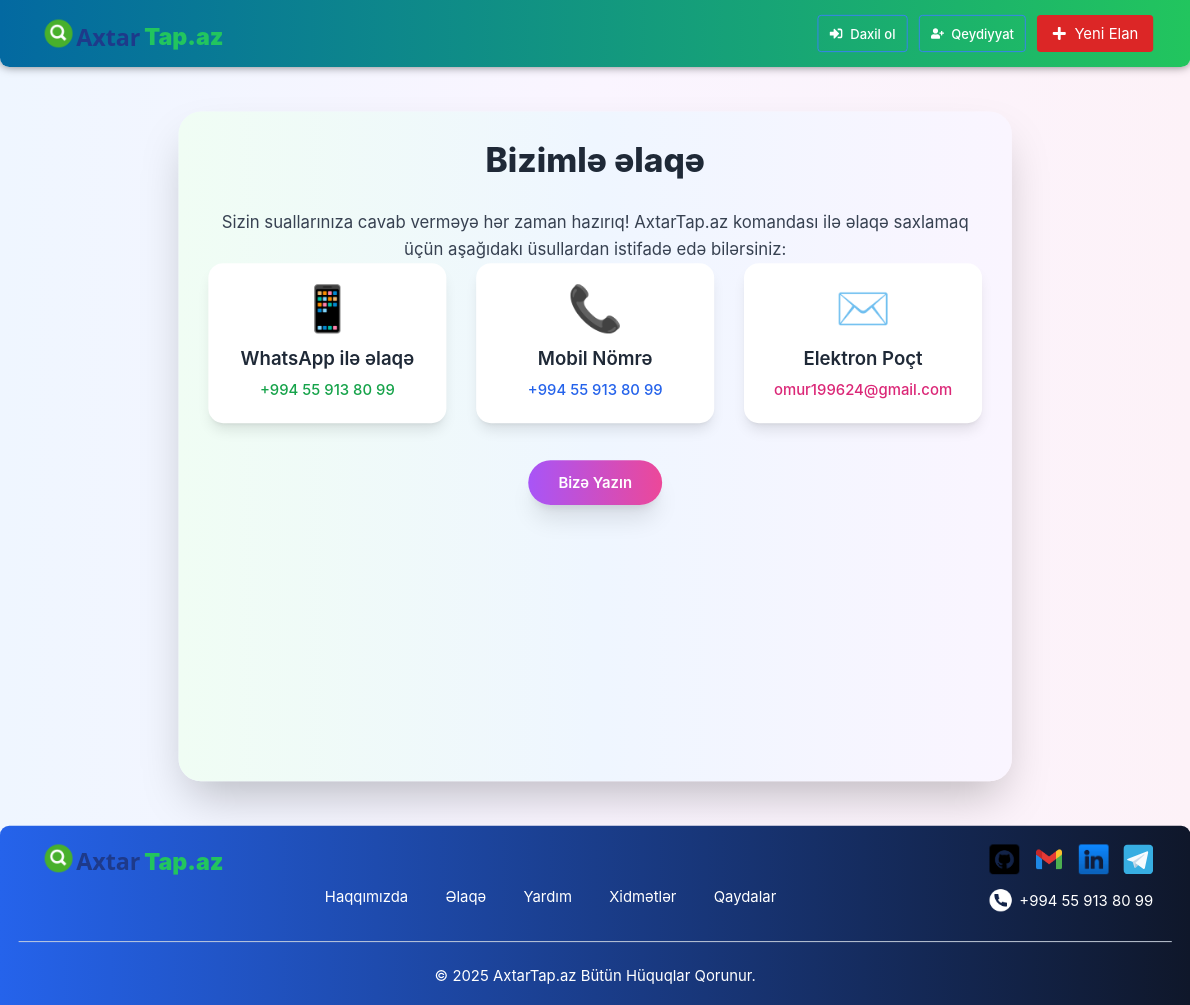
Repository: Omur56/AxtarTap.az
Page: /contact
The author's editor kept a copy of each file at every save. The page is drawn from the files as they stood at one save, then again after the next save.
The browser window is 1280 px wide. The pictures show the whole page, at 93% of full size.
The project was rebuilt for these pictures with package versions that can differ from the ones it lists, and the page was loaded fresh each time. Some packages were replaced by stand-ins written for this rebuild. Also part of the build but not shown: src/pages/Katalog/Cateqories/index.jsx, src/pages/Katalog/index.jsx, src/pages/About/index.jsx, src/pages/Qaydalar/index.jsx, src/pages/Yardım/index.jsx, src/pages/Xidmetler/index.jsx, src/pages/Home/index.jsx, src/components/CreatePostNeqliyyat/index.jsx and 32 more.

Above is the page before, as saved 2025-08-21 19:37:53.

### public/index.html
<!DOCTYPE html>
<html lang="en">
  <head>
    <meta charset="utf-8" />
    <link rel="icon" href="./assets/TitleLogoImg/titleLogoAxtar.png" />
    <meta name="viewport" content="width=device-width, initial-scale=1" />
    <meta name="theme-color" content="#449b5c" />
    <meta name="viewport" content="width=device-width, initial-scale=1, viewport-fit=cover">

    <meta
      name="description"
      content="Web site created using create-react-app"
    />
    <link rel="apple-touch-icon" href="./assets/TitleLogoImg/titleLogoAxtar.png" />
    <!--
      manifest.json provides metadata used when your web app is installed on a
      user's mobile device or desktop. See https://developers.google.com/web/fundamentals/web-app-manifest/
    -->
    <link rel="manifest" href="%PUBLIC_URL%/manifest.json" />
    <!--
      Notice the use of %PUBLIC_URL% in the tags above.
      It will be replaced with the URL of the `public` folder during the build.
      Only files inside the `public` folder can be referenced from the HTML.

      Unlike "/favicon.ico" or "favicon.ico", "%PUBLIC_URL%/favicon.ico" will
      work correctly both with client-side routing and a non-root public URL.
      Learn how to configure a non-root public URL by running `npm run build`.
    -->
    <title>AxtarTap.az</title>
  </head>
  <body>
    <noscript>You need to enable JavaScript to run this app.</noscript>
    <div id="root"></div>
    <!--
      This HTML file is a template.
      If you open it directly in the browser, you will see an empty page.

      You can add webfonts, meta tags, or analytics to this file.
      The build step will place the bundled scripts into the <body> tag.

      To begin the development, run `npm start` or `yarn start`.
      To create a production bundle, use `npm run build` or `yarn build`.
    -->
  </body>
</html>

### src/index.js
import React from 'react';
import ReactDOM from 'react-dom/client';
import App from './app/index';
import './index.css';





const root = ReactDOM.createRoot(document.getElementById('root'));
root.render(

  <React.StrictMode>

    <App />


  </React.StrictMode>

);

### src/app/index.js
import { RouterProvider } from "react-router";
import router from './routes';



function App() {
  return (

    <RouterProvider router={router} />




  );
}

export default App;

### src/index.css
@tailwind base;
@tailwind components;
@tailwind utilities;



*{
    font-family: -apple-system, BlinkMacSystemFont, "Helvetica Neue", "Segoe UI", sans-serif;
}

### src/app/routes.js
import { createBrowserRouter } from "react-router-dom";
import { BrowserRouter, Routes, Route } from "react-router-dom";
import About from "../pages/About";
import Contact from "../pages/Contact";
import Qaydalar from "../pages/Qaydalar";
import Yardim from "../pages/Yardım";
import Xidmetler from "../pages/Xidmetler";
import RootLayout from "../components/Main";
import Katalog from "../pages/Katalog";
import Home from "../pages/Home";
import Nəqliyyat from "../pages/Katalog/Neqliyyat";
import EvVəBag from "../pages/Katalog/Ev_veBag";
import Elektronika from "../pages/Katalog/Elektronika";
import Geyimlər from "../pages/Katalog/Geyimlər";
import Zinət_əşyaları from "../pages/Katalog/Zinət_əşyaları";
import Telefonlar from "../pages/Katalog/Telefonlar";
import Daşınmaz_əmlak from "../pages/Katalog/Daşınmaz_əmlak";
import Məişət_Texnikası from "../pages/Katalog/Məişət_Texnikası";
import Ehtiyyat_hissələri_ve_aksesuarlar from "../pages/Katalog/Ehtiyyat_hissələri_ve_aksesuarlar";
import PostDetail from "../pages/PostDetailHome";
import PostDetalCar from "../pages/PostDetalCar";
import CreateCatalogPost from "../pages/CreateCatalogPost";
import PostDetailElectronika from "../pages/PostDetailElectronika";
import PostDetailAcsesuar from "../pages/PostDetailAcsesuar";
import PostRealEstate from "../pages/PostRealEstate";
import PostDetailHousehold from "../pages/PostDetailHousehold";
import PostDetailPhone from "../pages/PostDetailPhone";
import PostDetailClothing from "../pages/PostDetailClothing";
import PostDetailJewelry from "../pages/PostDetailJewelry";
import PostDetailHome from "../pages/PostDetailHome";
import PrivateRoute from "../components/PrivateRoute";
import Search from "../pages/Search";
import Login from "../pages/Login";
import Reqister from "../pages/Reqister";
import Profile from "../pages/Profile";

import ResetPassword from "../pages/ResetPassword";

const router = createBrowserRouter([
  <RootLayout />,
  {
    path: "/",
    Component: RootLayout,
    children: [
      {
        index: true,
        Component: Home,
      },

      {
        path: "/",
        Component: Home,
      },
      {
        path: "/Katalog",
        Component: Katalog,

      },
      {
        path: "/CreateCatalogPost",
        Component: CreateCatalogPost,
      },
      {
        path: "/Katalog/Nəqliyyat",
        Component: Nəqliyyat,
      },
      {
        path: "/cars/:id",
        Component: PostDetalCar,

      },
      {
        path: "/Katalog/Ev_veBag",
        Component: EvVəBag,
      },

      {
        path: "/elan/:id",
        Component: PostDetail,
      },
      {
        path: "/PostDetalCar/:id",
        Component: PostDetalCar,
      },
       {
          path: "/PostDetailElectronika/:id",
          Component: PostDetailElectronika,
       },
       {
          path: "/PostDetailAcsesuar/:id",
          Component: PostDetailAcsesuar,
       },

       {path: "/PostRealEstate/:id",
       Component: PostRealEstate,

       },

       {
        path: "/PostDetailHousehold/:id",
        Component: PostDetailHousehold,
       },
       {
        path: "/PostDetailPhone/:id",
        Component: PostDetailPhone,

       },

       {
        path: "/PostDetailClothing/:id",
        Component: PostDetailClothing,
       },
       {
        path: "/PostDetailJewelry/:id",
        Component: PostDetailJewelry,
       },
       {
        path: "/PostDetailHome/:id",
        Component: PostDetailHome,
       },
      {
        path: "/Katalog/Elektronika",
        Component: Elektronika,

      },
      {
        path: "/Katalog/Geyimlər",
        Component: Geyimlər,
      },
      {
        path: "/Katalog/Zinət_əşyaları",
        Component: Zinət_əşyaları,
      },
      {
        path: "/Katalog/Telefonlar",
        Component: Telefonlar,
      },
      {
        path: "/Katalog/Daşınmaz_əmlak",
        Component: Daşınmaz_əmlak,
      },
      {
        path: "/Katalog/Məişət_Texnikası",
        Component: Məişət_Texnikası,
      },
      {
        path: "/Katalog/Ehtiyyat_hissələri_ve_aksesuarlar",
        Component: Ehtiyyat_hissələri_ve_aksesuarlar,
      },


      {
        path: "/about",
        Component: About,
      },
     {
      path: "/contact",
      Component: Contact,
     },
     {
      path: "/qaydalar",
      Component: Qaydalar,
     },

    {
      path: "/yardim",
      Component: Yardim,
    },
    {
      path: "/Xidmetler",
      Component: Xidmetler,
    },

    {
      path: "/login",
      Component: Login,
    },
    {
      path: "/reqister",
      Component: Reqister,
    },

    {
      path: "/search",
      Component: Search,
    },


{
   path: "/",
          Component: () => {
            <PrivateRoute>
              <Home />
            </PrivateRoute>
          }
},
{
   path: "/Profile",
          Component: () => {
            <PrivateRoute>
              <Profile />
            </PrivateRoute>
          }
},

{
  path: "/Profile",
  Component: Profile,
},




{
  path: "/reset-password/:token",
   Component: ResetPassword,
},



    ],
  },
]);

export default router;

### src/pages/Contact/index.jsx



const Contact = () => {
    return (
        <div>
            <div className="max-w-4xl mx-auto p-8 mt-12 mb-12 min-h-screen bg-gradient-to-r from-green-50 via-blue-50 to-purple-50 rounded-3xl shadow-2xl">
  <h2 className="text-4xl font-extrabold text-gray-800 mb-8 text-center">Bizimlə əlaqə</h2>

  <p className="text-gray-700 text-lg leading-relaxed text-center ">
    Sizin suallarınıza cavab verməyə hər zaman hazırıq! AxtarTap.az komandası ilə əlaqə saxlamaq üçün aşağıdakı üsullardan istifadə edə bilərsiniz:
  </p>

  <div className="grid md:grid-cols-3 gap-8 text-center">

    <div className="bg-white rounded-2xl p-6 shadow-lg transform hover:-translate-y-2 hover:scale-105 transition-all duration-300">
      <div className="text-green-500 text-5xl mb-4 flex justify-center">📱</div>
      <h3 className="text-xl font-semibold text-gray-800 mb-2">WhatsApp ilə əlaqə</h3>
      <a
        href="https://wa.me/99455xxxxxxx"
        target="_blank"
        rel="noopener noreferrer"
        className="text-green-600 font-medium hover:underline"
      >
        +994 55 913 80 99
      </a>
    </div>


    <div className="bg-white rounded-2xl p-6 shadow-lg transform hover:-translate-y-2 hover:scale-105 transition-all duration-300">
      <div className="text-blue-500 text-5xl mb-4 flex justify-center">📞</div>
      <h3 className="text-xl font-semibold text-gray-800 mb-2">Mobil Nömrə</h3>
      <a href="tel:+994559138099" className="text-blue-600 font-medium hover:underline">
        +994 55 913 80 99
      </a>
    </div>


    <div className="bg-white rounded-2xl p-6 shadow-lg transform hover:-translate-y-2 hover:scale-105 transition-all duration-300">
      <div className="text-pink-500 text-5xl mb-4 flex justify-center">✉️</div>
      <h3 className="text-xl font-semibold text-gray-800 mb-2">Elektron Poçt</h3>
      <a href="mailto:omur199624@gmail.com" className="text-pink-600 font-medium hover:underline">
        omur199624@gmail.com
      </a>
    </div>
  </div>

  <div className="mt-10 flex justify-center">
    <span className="inline-block px-8 py-3 bg-gradient-to-r from-purple-500 to-pink-500 text-white font-semibold rounded-full shadow-xl hover:scale-105 transition-transform cursor-pointer">
      Bizə Yazın
    </span>
  </div>
</div>

        </div>
    );
};
export default Contact;

### src/components/Main/index.jsx
import {Outlet,  useNavigate } from "react-router";
import Footer from "../Footer";
import BottomMenu from "../MobileMenu";
import Header from "../Header";



const RootLayout = () => {
  const navigate = useNavigate();

  return (
   <div className=" bg-gradient-to-r from-blue-50 via-purple-50 to-pink-50">
       <Header />

      <Outlet />
       <Footer/>
      <BottomMenu />
   </div>
  );
};

export default RootLayout;

### src/components/Footer/index.jsx
import { Link } from "react-router-dom";
import TitleLogo from "../TitleLogo";

function Footer() {
  return (
    <footer className="px-5 sm:px-5 py-5  bg-gradient-to-r from-blue-600 to-slate-900 rounded-t-[10px]">
      <div className="mx-auto max-w-[1200px] flex flex-col md:flex-row justify-between gap-2">

        <div className="flex justify-start max-h-[20px] md:justify-start">
          <div className="w-20 h-20">
            <TitleLogo />
          </div>
        </div>


        <div className="grid grid-cols-1 mt-[40px] gap-6 items-center text-white justify-center">
          <div className="flex flex-col sm:flex-row sm:gap-6 lg:gap-10 items-center">
            <Link className="hover:text-[#43D262] hover:underline" to={"/about"}>
              Haqqımızda
            </Link>
            <Link className="hover:text-[#43D262] hover:underline" to={"/contact"}>
              Əlaqə
            </Link>



            <Link className="hover:text-[#43D262] hover:underline" to={"/yardim"}>
              Yardım
            </Link>
            <Link className="hover:text-[#43D262] hover:underline" to={"/Xidmetler"}>
              Xidmətlər
            </Link>
            <Link className="hover:text-[#43D262] hover:underline" to={"/Qaydalar"}>
              Qaydalar
            </Link>
       </div>
        </div>

        <div className="flex flex-col items-center md:items-end gap-4">
          <div className="flex gap-4">
            <Link to={"https://github.com/omur56"}>
              <img
                className="w-8 h-8 sm:w-8 sm:h-8"
                src="/assets/SocialMediaIcon/github_3291695-removebg-preview.png"
                alt="Github"
              />
            </Link>
            <Link to={"https://mail.google.com/mail/?view=cm&fs=1&to=omur199624@gmail.com"}>
              <img
                className="w-8 h-8 sm:w-8 sm:h-8"
                src="/assets/SocialMediaIcon/icons8-gmail-48.png"
                alt="Gmail"
              />
            </Link>
            <Link to={"https://www.linkedin.com/in/%C3%B6m%C3%BCrxan-abdullayev-b2052a318"}>
              <img
                className="w-8 h-8 sm:w-8 sm:h-8"
                src="/assets/SocialMediaIcon/linkedin_3992606-removebg-preview.png"
                alt="Linkedin"
              />
            </Link>
            <Link to={"https://t.me/omurxan1"}>
              <img
                className="w-8 h-8 sm:w-8 sm:h-8"
                src="/assets/SocialMediaIcon/telegram-svgrepo-com.svg"
                alt="Telegram"
              />
            </Link>
          </div>

          <a
            className="text-white text-sm sm:text-base flex items-center gap-2 hover:underline hover:text-sky-400"
            href="tel:+994559138099"
          >
            <img
              className="w-6 h-6 sm:w-6 sm:h-6"
              src="/assets/SocialMediaIcon/telephoneicon.png"
              alt="Phone"
            />
            +994 55 913 80 99
          </a>
        </div>
      </div>

      <div className="border-t border-slate-300 mt-8"></div>

      <div className="flex justify-center mt-6">
        <p className="text-white text-center">© 2025 AxtarTap.az Bütün Hüquqlar Qorunur.</p>
      </div>
    </footer>
  );
}

export default Footer;

### src/components/MobileMenu/index.jsx
import React, { useState, useEffect } from "react";
import { Link } from "react-router-dom";
import { menuItems } from "../SideBarMenu/data";

const BottomMenu = () => {
  const [showNavbar, setShowNavbar] = useState(true);
  const [lastScrollY, setLastScrollY] = useState(0);

  useEffect(() => {
    const handleScroll = () => {
      const currentScrollY = window.scrollY;

      if (currentScrollY > lastScrollY) {
        // Aşağı scroll → gizlət
        setShowNavbar(false);
      } else {
        // Yuxarı scroll → göstər
        setShowNavbar(true);
      }

      setLastScrollY(currentScrollY);
    };

    window.addEventListener("scroll", handleScroll);
    return () => window.removeEventListener("scroll", handleScroll);
  }, [lastScrollY]);

  return (
    <div
      className={`md:hidden fixed bottom-0 left-0 w-full rounded-t-[10px] bg-white text-gray-500 flex justify-around items-center py-4 z-50 shadow-lg border-t border-gray-300 transition-transform duration-300 ${
        showNavbar ? "translate-y-0" : "translate-y-full"
      }`}
    >
      {menuItems.slice(0, 5).map((item) => (
        <Link
          key={item.id}
          to={item.url}
          className="flex flex-col items-center text-xs hover:text-[#01D063] transition-colors"
        >
          <div className="text-[25px]">{item.icon}</div>
          <span className="text-[10px]">{item.text}</span>
        </Link>
      ))}
    </div>
  );
};

export default BottomMenu;

### src/components/Header/index.jsx




import { useState } from "react";
import { useNavigate } from "react-router";
import TitleLogo from "../TitleLogo";
import { FaSignInAlt, FaUserPlus, FaPlus, FaUser, FaSignOutAlt } from "react-icons/fa";
import { Link } from "react-router-dom";
function Header() {
  const navigate = useNavigate();
  const [isLoggedIn, setIsLoggedIn] = useState(false);

  const handleLogin = () => {
    // login prosesiniz bitdikdən sonra
    setIsLoggedIn(true);
    navigate("/"); // login olduqda əsas səhifəyə yönləndirmək
  };

  const handleLogout = () => {
    setIsLoggedIn(false);
    navigate("/"); // logout olduqda əsas səhifəyə yönləndirmək
  };

  return (
    <header className="header bg-gradient-to-r from-sky-700 to-green-500 mx-auto my-auto shadow-[0px_0px_10px_0px_rgba(0,0,0,0.5)] rounded-b-[10px]">
      <div className="flex justify-between items-center py-4 mx-auto my-auto max-w-[1200px]">
        <TitleLogo />

        <div className="flex gap-3">
          {!isLoggedIn && (
            <>
              <button
                className="flex hidden md:flex transform ease-in-out duration-500 items-center text-[14px] font-[500] gap-2 bg-transparent border border-blue-500 text-white hover:text-white px-3 py-1 rounded-[4px] hover:bg-blue-500"
                onClick={() => navigate("/login")}
              >
                <FaSignInAlt /> Daxil ol
              </button>
              <button
                className="flex hidden md:flex transform ease-in-out duration-500 items-center text-[14px] font-[500] gap-2 bg-transparent border border-blue-500 text-white hover:text-white px-3 py-1 rounded-[4px] hover:bg-blue-500"
                onClick={() => navigate("/reqister")}
              >
                <FaUserPlus /> Qeydiyyat
              </button>
            </>
          )}

          {isLoggedIn && (
            <>
              <button
                className="flex hidden md:flex transform ease-in-out duration-500 items-center text-[14px] font-[500] gap-2 bg-transparent border border-blue-500 text-white hover:text-white px-3 py-1 rounded-[4px] hover:bg-blue-500"
                onClick={() => navigate("/profile")}
              >
                <FaUser /> Profil
              </button>
              <button
                className="flex hidden md:flex transform ease-in-out duration-500 items-center text-[14px] font-[500] gap-2 bg-red-600 text-white px-3 py-1 rounded-[4px] hover:bg-red-400"
                onClick={handleLogout}
              >
                <FaSignOutAlt /> Logout
              </button>
            </>
          )}

          <button
            className="flex hidden md:flex items-center gap-2 bg-red-600 text-white px-4 py-2 rounded-[4px] hover:bg-red-400 transition"
            onClick={() => navigate("/CreateCatalogPost")}
          >
            <FaPlus /> Yeni Elan
          </button>
        </div>
      </div>
    </header>
  );
}

export default Header;

### src/components/TitleLogo/index.jsx
import { NavLink } from "react-router-dom";



function TitleLogo () {
    return <div className="title-logo p-2 w-[100px] h-[30px] flex  items-center  mb-[0px] cursor-pointer">
       <NavLink className={`w-[100px] h-[30px]`} to={"/"}><p className="flex gap-1 text-blue-900 text-[25px] font-black font-sans"><img className="w-[30px] h-[30px]" src="/assets/TitleLogoImg/axtaricon.png" alt="TezTap" />Axtar<span className="text-green-500 font-black text-[25px]">Tap.az</span></p></NavLink>

         {/* <img src="/assets/TitleLogoImg/titleLogoAxtar.png" alt="TezTap" /> */}
    </div>;
}

export default TitleLogo;

### src/components/SideBarMenu/data.jsx


import {
  FaHome,
  FaUser,
  FaCog,
  FaEnvelope,
  FaThLarge,
   FaPlus,
   FaSearch,
} from "react-icons/fa";
import { MdPersonAdd } from "react-icons/md";
export const menuItems = [
  {
    id: 1,
    text: "Əsas",
    url: "/",
    icon: <FaHome />,
  },
  {
    id: 2,
    text: "Katalog",
    url: "/Katalog",
    icon: <FaThLarge />,
  },
  {
    id: 3,
    text: "Yeni Elan",
    url: "/CreateCatalogPost",
    icon:<FaPlus size={30} /> ,
  },
  {
    id: 4,
    text: "Profil",
    url: "/Login",
    icon: <FaUser />,
  },
  {
    id: 5,
    text: "Axtarış",
    url: "/search",
    icon: <FaSearch  />,
  },
  {
    id: 6,
    text: "Əlaqə",
    url: "/contact",
    icon: <FaEnvelope />,
  },

  {
    id: 7,
    text: "Settings",
    url: "/settings",
    icon: <FaCog />,

  },
    // {
  //   id: 5,
  //   text: "Haqqımızda",
  //   url: "/about",
  //   icon: <FaInfoCircle />,
  // },
];

### tailwind.config.js
/** @type {import('tailwindcss').Config} */
module.exports = {
  content: ["./src/**/*.{js,jsx,ts,tsx}"],
  theme: {
    extend: {
      screens: {
       'tiny': { 'min': '100px', 'max': '500px' }, // 100–500px arası ekran
      'sm': '640px',
      'md': '768px',
      'lg': '1024px',
      'xl': '1280px',
      '2xl': '1536px',
      },
      keyframes: {
        shimmer: {
          '0%': { backgroundPosition: '-450px 0' },
          '100%': { backgroundPosition: '450px 0' },
        },
      },
      animation: {
        shimmer: 'shimmer 1.5s infinite linear',
      },
      backgroundSize: {
        'shimmer': '900px 100%',
      },
    },
  },
  plugins: [],
}

After the next save:
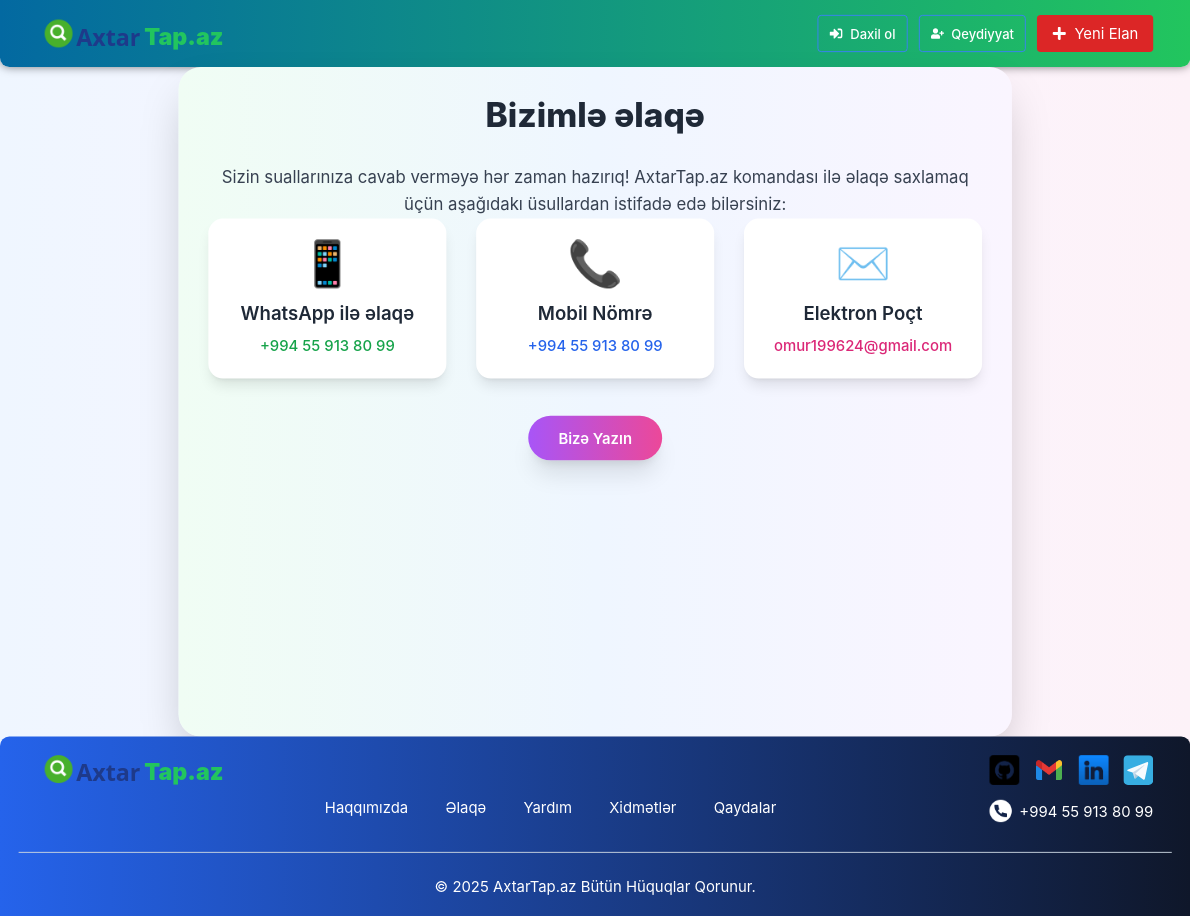
Saved 35 s later.
--- a/src/pages/Contact/index.jsx
+++ b/src/pages/Contact/index.jsx
@@ -4,7 +4,7 @@
 const Contact = () => {
     return (
         <div>
-            <div className="max-w-4xl mx-auto p-8 mt-12 mb-12 min-h-screen bg-gradient-to-r from-green-50 via-blue-50 to-purple-50 rounded-3xl shadow-2xl">
+            <div className="max-w-4xl mx-auto p-8  min-h-screen bg-gradient-to-r from-green-50 via-blue-50 to-purple-50 rounded-3xl shadow-2xl">
   <h2 className="text-4xl font-extrabold text-gray-800 mb-8 text-center">Bizimlə əlaqə</h2>
 
   <p className="text-gray-700 text-lg leading-relaxed text-center ">
